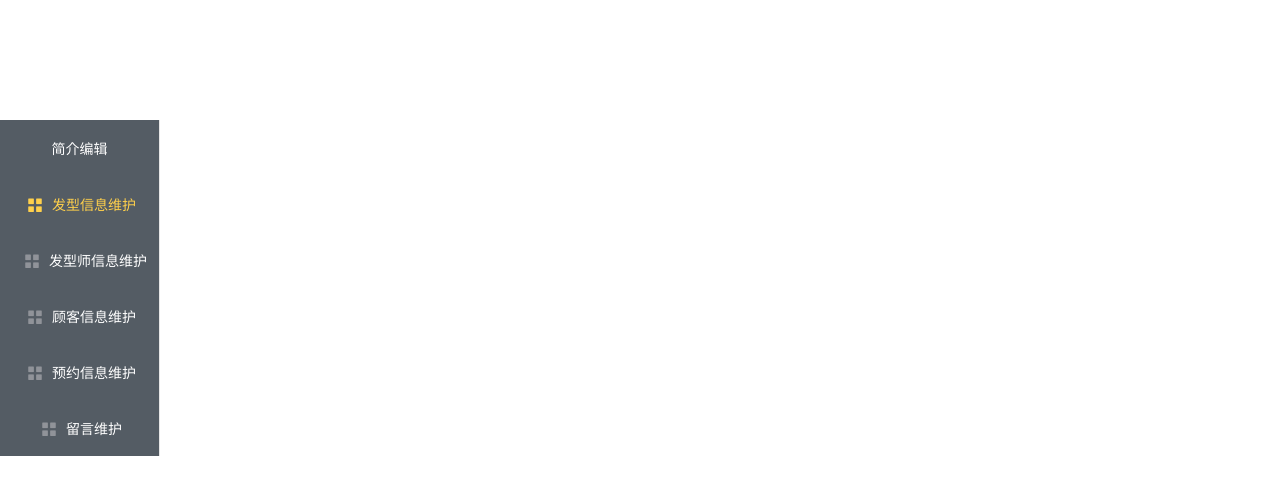
Repository: cjl0805/graduation-design-front
Page: /back/home
An editor plug-in stored every save of this project. The page is shown before and after the next save, followed by the edit.
The browser window is 1280 px wide. The pictures show the whole page.
The project was rebuilt for these pictures with package versions that can differ from the ones it lists, and the page was loaded fresh each time. Also part of the build but not shown: vue.config.js, src/components/RotationChart.vue, src/components/NavigationBar.vue, src/components/HairStylist.vue, src/components/HairStyle.vue, src/views/font/HairStyleView.vue, src/views/font/HairStylistView.vue, src/views/font/HomeView.vue and 11 more.

Above is the page before, as saved 2023-04-17 16:36:52.

After the next save:
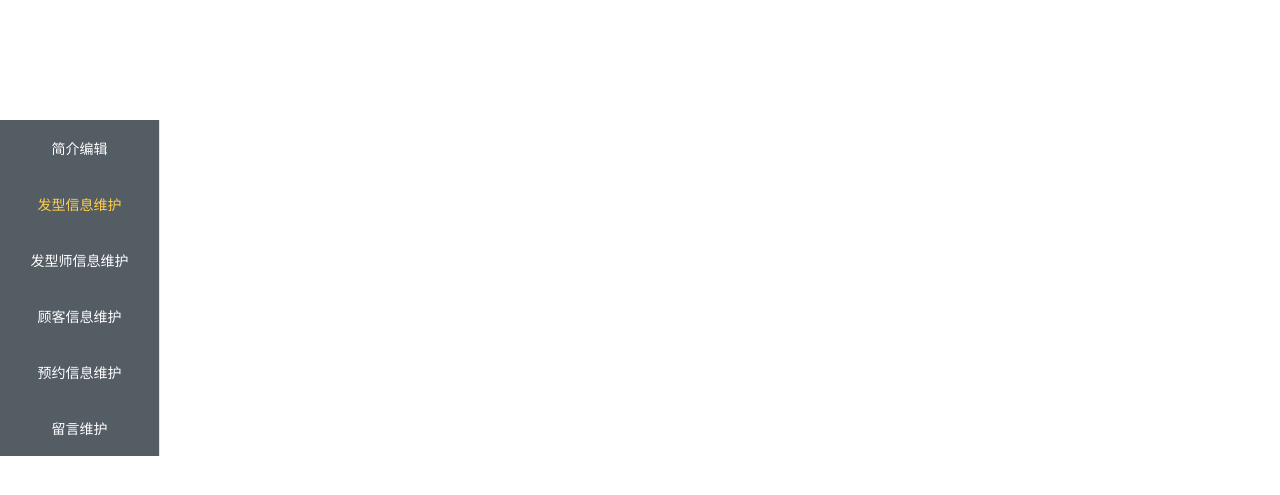
Saved 17 s later.
--- a/src/views/back/MainView.vue
+++ b/src/views/back/MainView.vue
@@ -12,27 +12,21 @@
           active-text-color="#ffd04b"
         >
           <el-menu-item index="1">
-
             <span slot="title">简介编辑</span>
           </el-menu-item>
           <el-menu-item index="2">
-            <i class="el-icon-menu"></i>
             <span slot="title">发型信息维护</span>
           </el-menu-item>
           <el-menu-item index="3">
-            <i class="el-icon-menu"></i>
             <span slot="title">发型师信息维护</span>
           </el-menu-item>
           <el-menu-item index="4">
-            <i class="el-icon-menu"></i>
             <span slot="title">顾客信息维护</span>
           </el-menu-item>
           <el-menu-item index="5">
-            <i class="el-icon-menu"></i>
             <span slot="title">预约信息维护</span>
           </el-menu-item>
           <el-menu-item index="6">
-            <i class="el-icon-menu"></i>
             <span slot="title">留言维护</span>
           </el-menu-item>
         </el-menu>
@@ -55,6 +49,4 @@ export default {
 };
 </script>
 
-<style>
-
-</style>
+<style></style>
